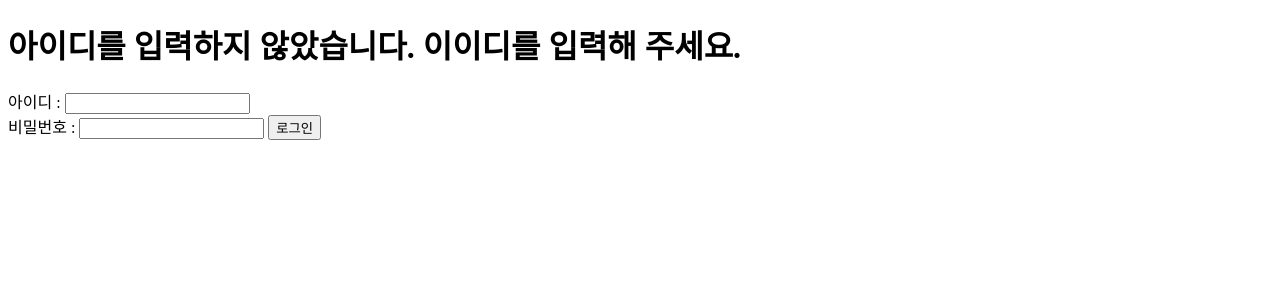
Repository: yw-son/yw-son
Page: http://localhost/pro13/login.jsp
An editor plug-in stored every save of this project. The page is shown before and after the next save, followed by the edit.
The browser window is 1280 px wide. The pictures show the whole page.
The page is served by Tomcat 9. Other server files are loaded and not shown.

Above is the page before, as saved 2023-06-13 07:18:22.

### pro13/src/main/webapp/login.jsp
<%@ page language="java" contentType="text/html; charset=UTF-8"
    pageEncoding="UTF-8"%>
<!DOCTYPE html>
<html>
<head>
<meta charset="UTF-8">
<title>login.jsp</title>
</head>
<body>
	<%
		String msg = request.getParameter("msg");
	if(msg != null) {
	%>

		<h1><%=msg %></h1>
	<%
		}
	%>
	<h1>아이디를 입력하지 않았습니다. 이이디를 입력해 주세요.</h1>
	<form action="result.jsp" method="post">
		아이디 : <input type="text" name="userID">
		<br>
		비밀번호 : <input type="password" name="userPW">
		<input type="submit" value="로그인">
	</form>
</body>
</html>

After the next save:
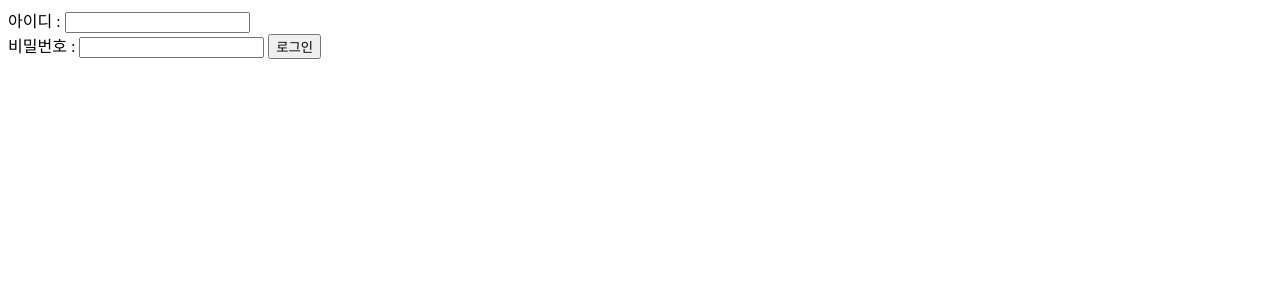
Saved 9 s later.
--- a/pro13/src/main/webapp/login.jsp
+++ b/pro13/src/main/webapp/login.jsp
@@ -16,7 +16,7 @@
 	<%
 		}
 	%>
-	<h1>아이디를 입력하지 않았습니다. 이이디를 입력해 주세요.</h1>
+	<!-- <h1>아이디를 입력하지 않았습니다. 이이디를 입력해 주세요.</h1> -->
 	<form action="result.jsp" method="post">
 		아이디 : <input type="text" name="userID">
 		<br>
